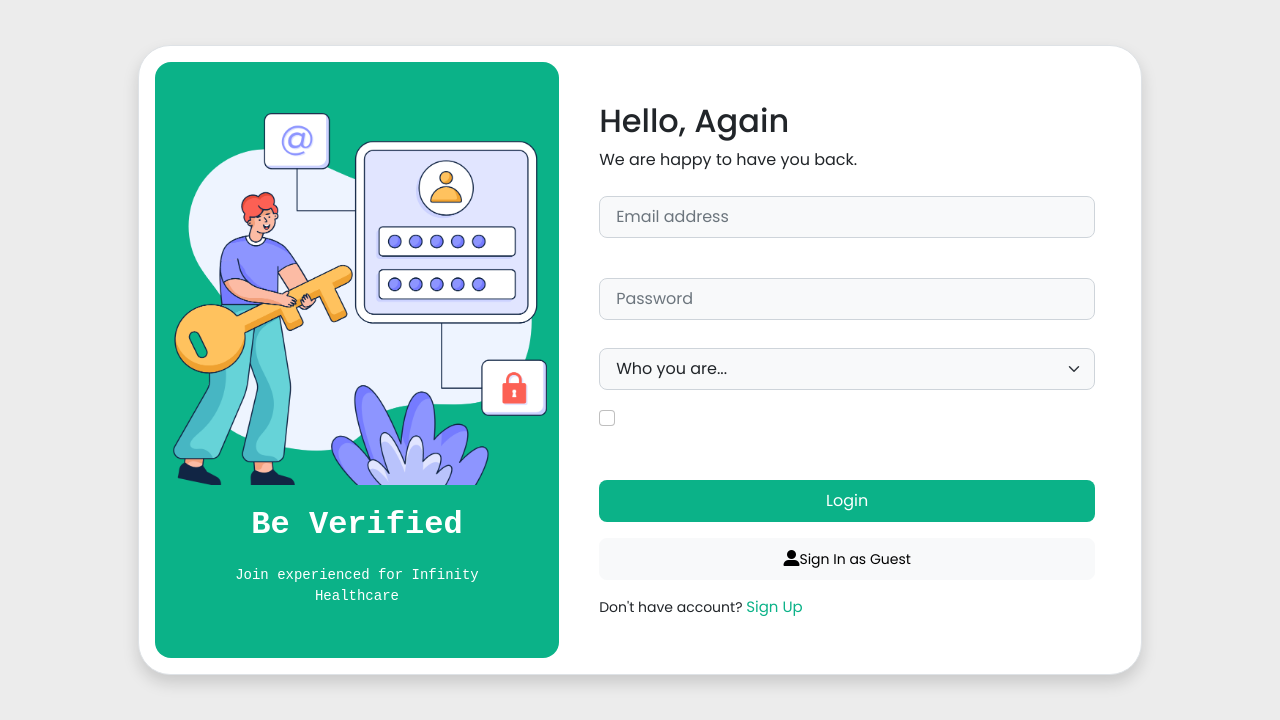
Repository: theonlymono/FitfinityHealthcareWebsiteJ2EE
Page: http://localhost/Fitfinity/LogInPage.jsp
The author's editor kept a copy of each file at every save. The page is drawn from the files as they stood at one save, then again after a run of saves.
The browser window is 1280 px wide. The pictures show the whole page.
The page is served by Tomcat 9. Other server files are loaded and not shown.

Above is the page before, as saved 2024-02-27 15:24:46.

### fitfinity/Fitfinity/WebContent/LogInPage.jsp
<!DOCTYPE html>
<html lang="en">
<head>
    <meta charset="UTF-8">
    <meta http-equiv="X-UA-Compatible" content="IE=edge">
    <meta name="viewport" content="width=device-width, initial-scale=1.0">
    <link rel="icon" href="./assets/image/logo/logo.svg" />
    <link rel="stylesheet" href="https://cdn.jsdelivr.net/npm/bootstrap@5.2.3/dist/css/bootstrap.min.css" integrity="sha384-rbsA2VBKQhggwzxH7pPCaAqO46MgnOM80zW1RWuH61DGLwZJEdK2Kadq2F9CUG65" crossorigin="anonymous">
    <link rel="stylesheet" href="https://cdnjs.cloudflare.com/ajax/libs/font-awesome/6.5.1/css/all.min.css" integrity="sha512-DTOQO9RWCH3ppGqcWaEA1BIZOC6xxalwEsw9c2QQeAIftl+Vegovlnee1c9QX4TctnWMn13TZye+giMm8e2LwA==" crossorigin="anonymous" referrerpolicy="no-referrer" />
    <link rel="stylesheet" href="./assets/css/signInCSS.css">
    <title> Fitfinity | Log In </title>
</head>
<body>

    <!----------------------- Main Container -------------------------->

     <div class="container d-flex justify-content-center align-items-center min-vh-100">

    <!----------------------- Login Container -------------------------->

       <div class="row border rounded-5 p-3 bg-white shadow box-area">

    <!--------------------------- Left Box ----------------------------->

       <div class="col-md-5 rounded-4 d-flex justify-content-center align-items-center flex-column left-box" style="background: #0bb288;">
           <div class="featured-image mb-3">
            <img src="./assets/image/LoginPage/loginLogo.png" class="img-fluid" style="width: 500px; background-color: #0bb288;">
           </div>
           <p class="text-white fs-2" style="font-family: 'Courier New', Courier, monospace; font-weight: 600;">Be Verified</p>
           <small class="text-white text-wrap text-center" style="width: 17rem;font-family: 'Courier New', Courier, monospace;">Join experienced for Infinity Healthcare</small>
       </div>

    <!-------------------- ------ Right Box ---------------------------->

       <div class="col-md-7 right-box">
          <div class="row align-items-center">
          <form action="${pageContext.request.contextPath}/SignINServlet" method="post">
                <div class="header-text mb-4">
                     <h2>Hello, Again</h2>
                     <p>We are happy to have you back.</p>
                </div>

                <div class="input-group mb-3">
                    <input type="text" name="loginEmail" class="form-control form-control-lg bg-light fs-6" value="${param.loginEmail}" placeholder="Email address">

                    <% String message = (String) request.getAttribute("message3");
        		   	   if (message!= null)
        		   	   {
        		   %>

        		   <div class="error-message"> <%= message %> </div>
        		   <% } %>

                </div>

                <br>

                <div class="input-group mb-1">
                    <input type="password" name="loginPwd" class="form-control form-control-lg bg-light fs-6" value="${param.loginPwd}" placeholder="Password">

                    <% String message2 = (String) request.getAttribute("message2");
        		   	   if (message2!= null)
        		   	   {
        		   %>

        		   <div class="error-message"> <%= message2 %> </div>
        		   <% } %>
                </div>
                <br>

                <div class="input-group mb-3">
				    <select name="userRole" class="form-select form-select-lg bg-light fs-6">
				    	<option value="" disabled selected="hidden"> Who you are... </option>
				        <option value="Patient">Patient</option>
				        <option value="Doctor">Doctor</option>
				        <option value="Admin">Admin</option>
				    </select>
				</div>

                <div class="input-group mb-5 d-flex justify-content-between">
                    <div class="form-check">
                        <input type="checkbox" class="form-check-input" id="formCheck">
                        <label for="formCheck" class="form-check-label text-secondary"><small></small></label>
                    </div>
                    <div class="forgot">
                        <small><a href="./main.jsp"></a></small>
                    </div>
                </div>
                <div  class="input-group mb-3">
                    <button style=" background-color: #0bb288; color: white;" class="btn btn-lg w-100 fs-6">Login</button>
                </div>
                <div class="input-group mb-3">
                    <a class=" w-100" href="./main.jsp">
                        <button class="btn btn-lg btn-light w-100 fs-6"><i class="fa-solid fa-user-large"></i><small>Sign In as Guest</small></button>
                    </a>
                </div>
                <div class="row">
                    <small>Don't have account? <a href="./register.jsp">Sign Up</a></small>
                </div>
                </form>
          </div>
       </div>

      </div>
    </div>

</body>
</html>

### fitfinity/Fitfinity/WebContent/assets/css/signInCSS.css
@import url('https://fonts.googleapis.com/css2?family=Poppins:wght@400;500&display=swap');

body{
    font-family: 'Poppins', sans-serif;
    background: #ececec;
}

/*------------ Login container ------------*/

.box-area{
    width: 90%;
}

a{
	color: #0bb288;
	text-decoration: none;
	font-size: 15px;
}


/*------------ Right box ------------*/

.right-box{
    padding: 40px 30px 40px 40px;
}

/*------------ Custom Placeholder ------------*/

::placeholder{
    font-size: 16px;
}

.rounded-4{
    border-radius: 20px;
}
.rounded-5{
    border-radius: 30px;
}


/*------------ For small screens------------*/

@media only screen and (max-width: 768px){

     .box-area{
        margin: 0 10px;

     }
     .left-box{
        height: 100px;
        overflow: hidden;
     }
     .right-box{
        padding: 20px;
     }

}

.error-message {
            position: absolute;
            bottom: -20px;
            color: red;
            font-size: 12px;
        }

        .input-group {
            position: relative;
        }

After the next 2 saves:
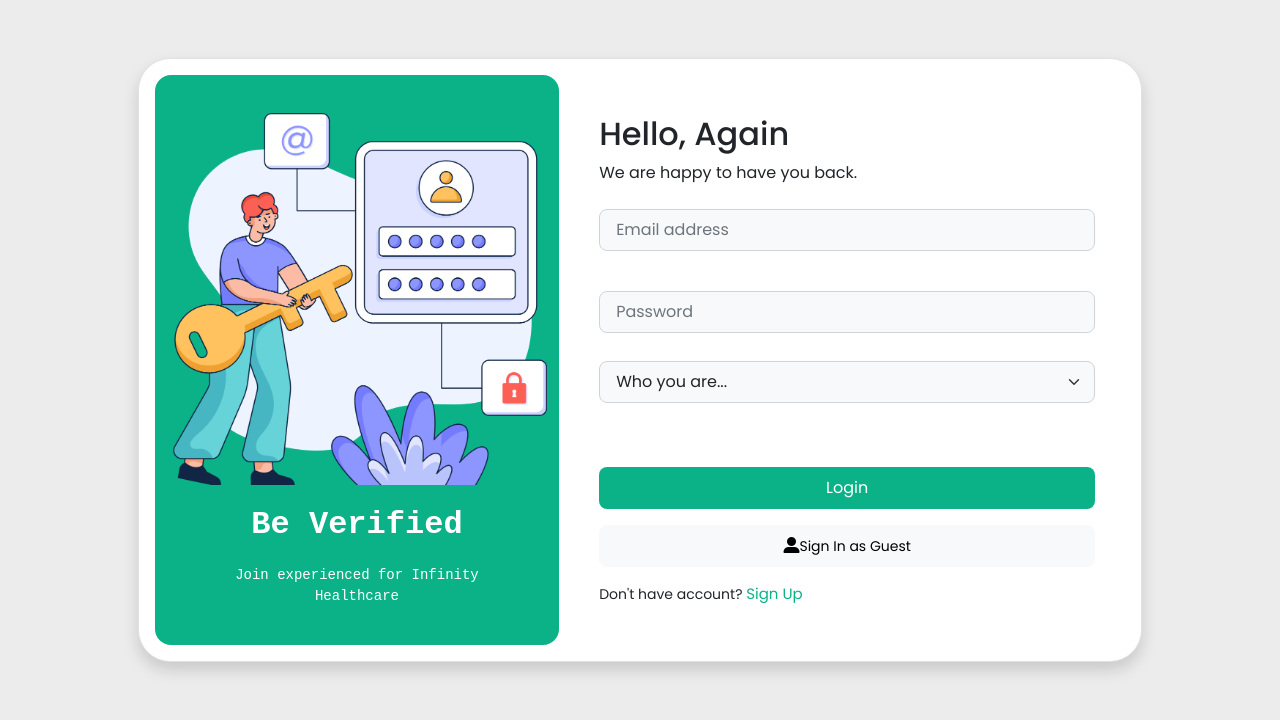
The 2 saves are shown as one change because they came seconds apart.
The last was saved 22 s later.
--- a/fitfinity/Fitfinity/WebContent/LogInPage.jsp
+++ b/fitfinity/Fitfinity/WebContent/LogInPage.jsp
@@ -78,13 +78,6 @@
 				</div>
 
                 <div class="input-group mb-5 d-flex justify-content-between">
-                    <div class="form-check">
-                        <input type="checkbox" class="form-check-input" id="formCheck">
-                        <label for="formCheck" class="form-check-label text-secondary"><small></small></label>
-                    </div>
-                    <div class="forgot">
-                        <small><a href="./main.jsp"></a></small>
-                    </div>
                 </div>
                 <div  class="input-group mb-3">
                     <button style=" background-color: #0bb288; color: white;" class="btn btn-lg w-100 fs-6">Login</button>
